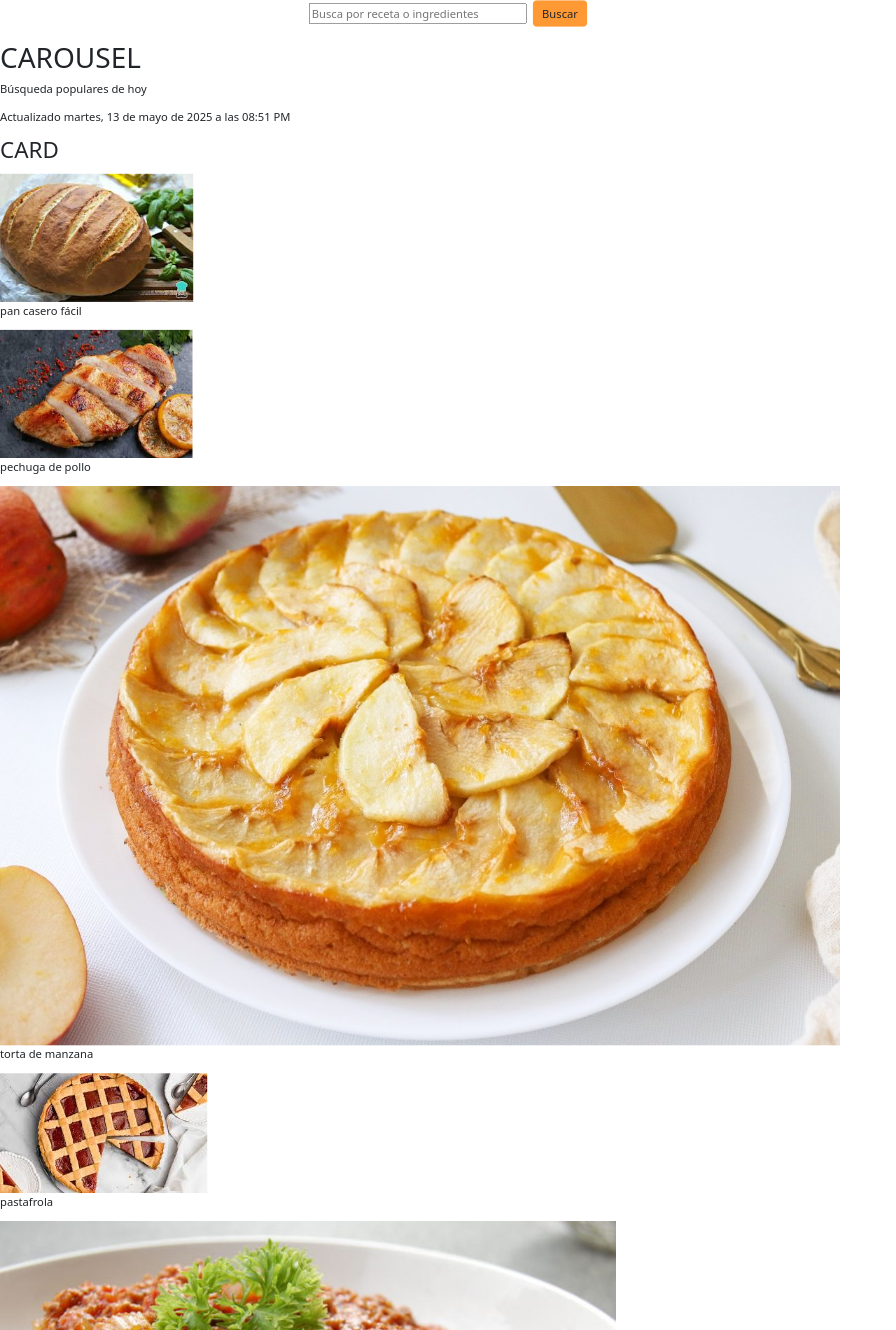
Repository: lucasp3113/coockpad
Page: index.html
These files come from the project's save history. The page is drawn as it stood at one moment and after the next save; the edit follows.
The browser window is 1280 px wide. The pictures show the part of the page from y = 336 to 2236 px (the page is 3670 px tall), at 70% of full size.
A picture or video elsewhere on the page could not be fetched, so the positions and the page height are approximate.

Above is the page before, as saved 2025-05-15 12:04:00.

### index.html
<!DOCTYPE html>
<html lang="es">
<head>
    <meta charset="UTF-8" />
    <meta name="viewport" content="width=device-width, initial-scale=1.0" />
    <title>cookpad</title>
    <link href="https://cdn.jsdelivr.net/npm/bootstrap@5.3.6/dist/css/bootstrap.min.css" rel="stylesheet" integrity="sha384-4Q6Gf2aSP4eDXB8Miphtr37CMZZQ5oXLH2yaXMJ2w8e2ZtHTl7GptT4jmndRuHDT" crossorigin="anonymous">
    <script src="https://cdn.jsdelivr.net/npm/bootstrap@5.3.6/dist/js/bootstrap.bundle.min.js" integrity="sha384-j1CDi7MgGQ12Z7Qab0qlWQ/Qqz24Gc6BM0thvEMVjHnfYGF0rmFCozFSxQBxwHKO" crossorigin="anonymous"></script>
    <link rel="stylesheet" href="style.css"/>
</head>
<body>
    <header class="d-flex flex-row d-flex justify-content-center d-flex align-items-center m-3">
        <img src="logo_coockpad.png" alt="" />
        <h1>cookpad</h1>
    </header>
    <nav class="d-flex flex-row d-flex justify-content-center d-flex align-items-center m-3">
        <input type="text" class="m-1 w-25" placeholder="Busca por receta o ingredientes"/>
        <button type="submit" class="btn btn-orange m-1">Buscar</button>
    </nav>
    <main>
        <section>
            <h1>CAROUSEL</h1>
        </section>
        <article>
            <p>Búsqueda populares de hoy</p>
            <p>Actualizado martes, 13 de mayo de 2025 a las 08:51  PM</p>
        </article>
        <section>
            <section>
                <figure>
                    <h2>CARD</h2>
                </figure>
                <figure>
                    <img src="pan.png" alt="" />
                    <p>pan casero fácil</p>
                </figure>
                <figure>
                    <img src="pechuga.png" alt="" />
                    <p>pechuga de pollo</p>
                </figure>
                <figure>
                    <img src="tarta-de-manzana.png" alt="" />
                    <p>torta de manzana</p>
                </figure>
            </div>
            </section>
            <section>
                <figure>
                    <img src="pastaflora.png" alt="" />
                    <p>pastafrola</p>
                </figure>
                <figure>
                    <img src="fideos.jpg" alt="" />
                    <p>fideos caseros</p>
                </figure>
                <figure>
                    <img src="panqueques.jpeg" alt="" />
                    <p>panqueques para canelones</p>
                </figure>
                <figure>
                    <img src="locro.png" alt="" />
                    <p>locro argentino</p>
                </figure>
            </section>
        </section>
    </main>
</body>
</html>

### style.css
.btn-orange{
    background-color: rgb(255, 153, 51);

}

After the next save:
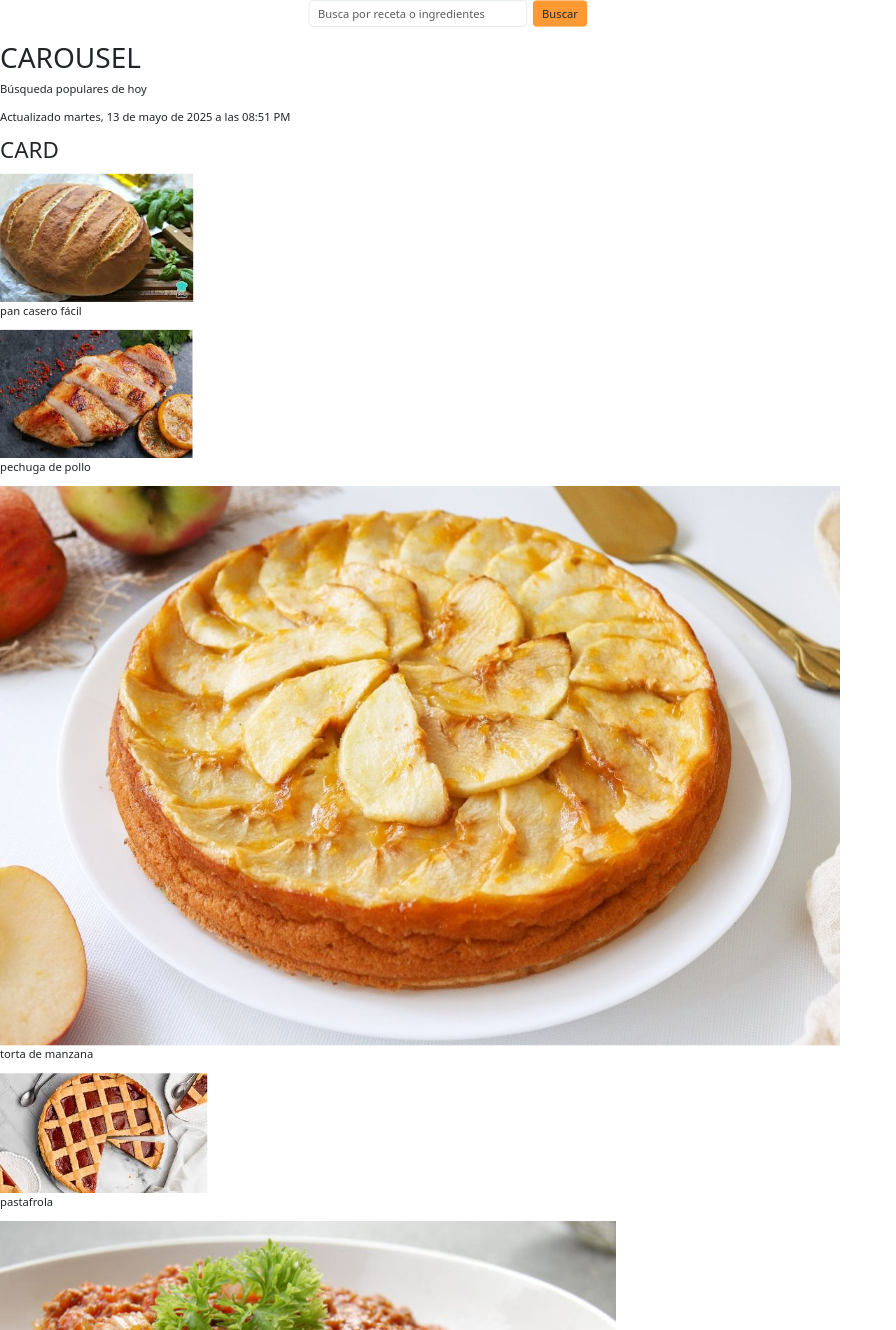
Saved 88 s later.
--- a/index.html
+++ b/index.html
@@ -14,7 +14,7 @@
         <h1>cookpad</h1>
     </header>
     <nav class="d-flex flex-row d-flex justify-content-center d-flex align-items-center m-3">
-        <input type="text" class="m-1 w-25" placeholder="Busca por receta o ingredientes"/>
+        <input type="text" class="form-control m-1 w-25" placeholder="Busca por receta o ingredientes"/>
         <button type="submit" class="btn btn-orange m-1">Buscar</button>
     </nav>
     <main>
